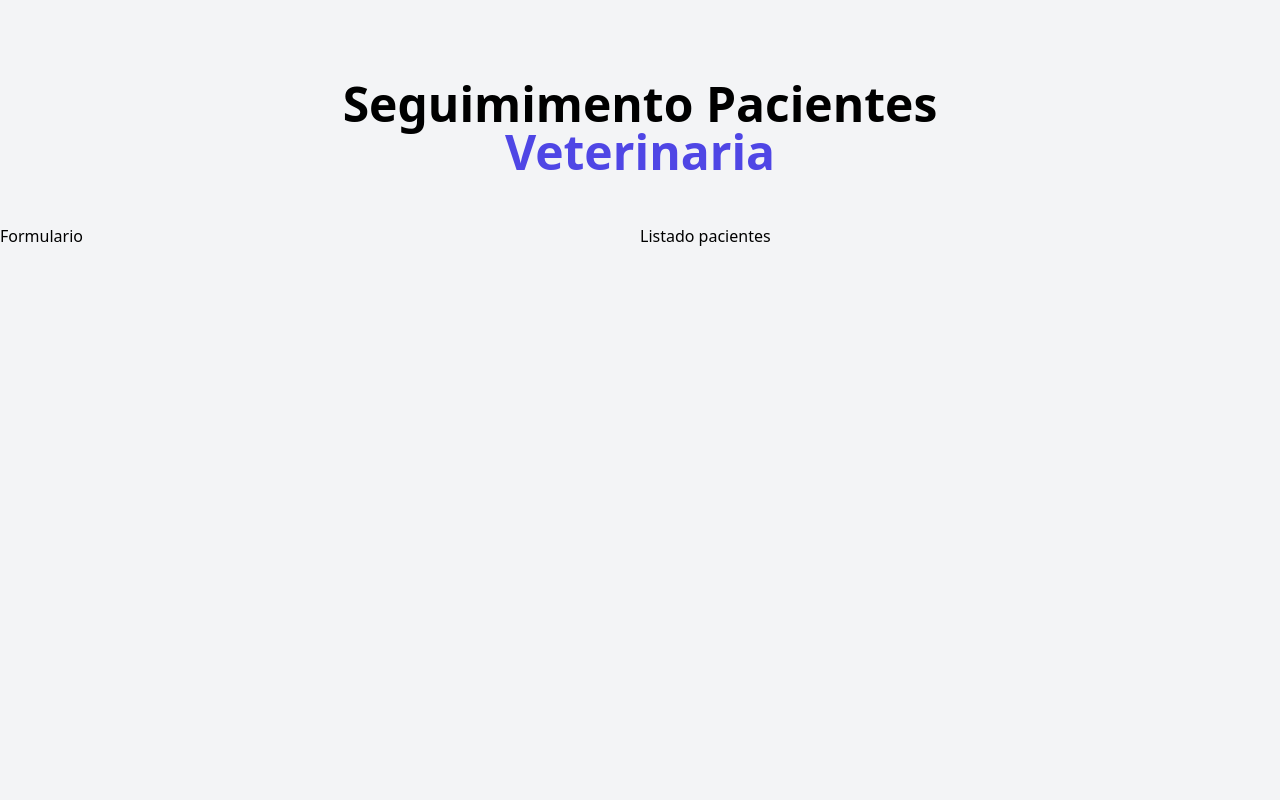
Repository: rlaureano/citas_react
Page: /
An editor plug-in stored every save of this project. The page is shown before and after the next save, followed by the edit.
The browser window is 1280 px wide. The pictures show the whole page.
The project was rebuilt for these pictures with package versions that can differ from the ones it lists, and the page was loaded fresh each time. Also part of the build but not shown: vite.config.js.

Above is the page before, as saved 2022-01-11 22:01:26.

### src/App.jsx
import Formulario from "./components/Formulario"
import Header from "./components/Header"
import ListadoPacientes from "./components/ListadoPacientes"

function App() {

  return (
    <div className="container mx-auto mt-20">
      <Header  />
      <div className="mt-12 md:flex">
        <Formulario  />
        <ListadoPacientes />
      </div>
    </div>
  )
}

export default App

### src/components/Formulario.jsx
import React from 'react'

const Formulario = () => {
  return (
    <div className="md:w-1/2 lg:w2/5">
      <h2>Formulario</h2>
    </div>
  )
}

export default Formulario

### src/components/Header.jsx
function Header() {
  return (

      <h1 className="font-black text-5xl text-center md:w-2/3 mx-auto">Seguimimento Pacientes {''}
        <span className="text-indigo-600">Veterinaria</span>
      </h1>

  )
}

export default Header

### src/components/ListadoPacientes.jsx
import React from 'react'

const ListadoPacientes = () => {
  return (
    <div className="w-1/2 ld:w-3/5">
      <h2>Listado pacientes</h2>
    </div>
  )
}

export default ListadoPacientes

### tailwind.config.js
module.exports = {
  purge: ["./index.html", "./src/**/*.{jsx}"],
  content: [],
  theme: {
    extend: {},
  },
  plugins: [],
}

Loaded but not shown: index.html (common file); src/main.jsx (common file); src/index.css (common file)

After the next save:
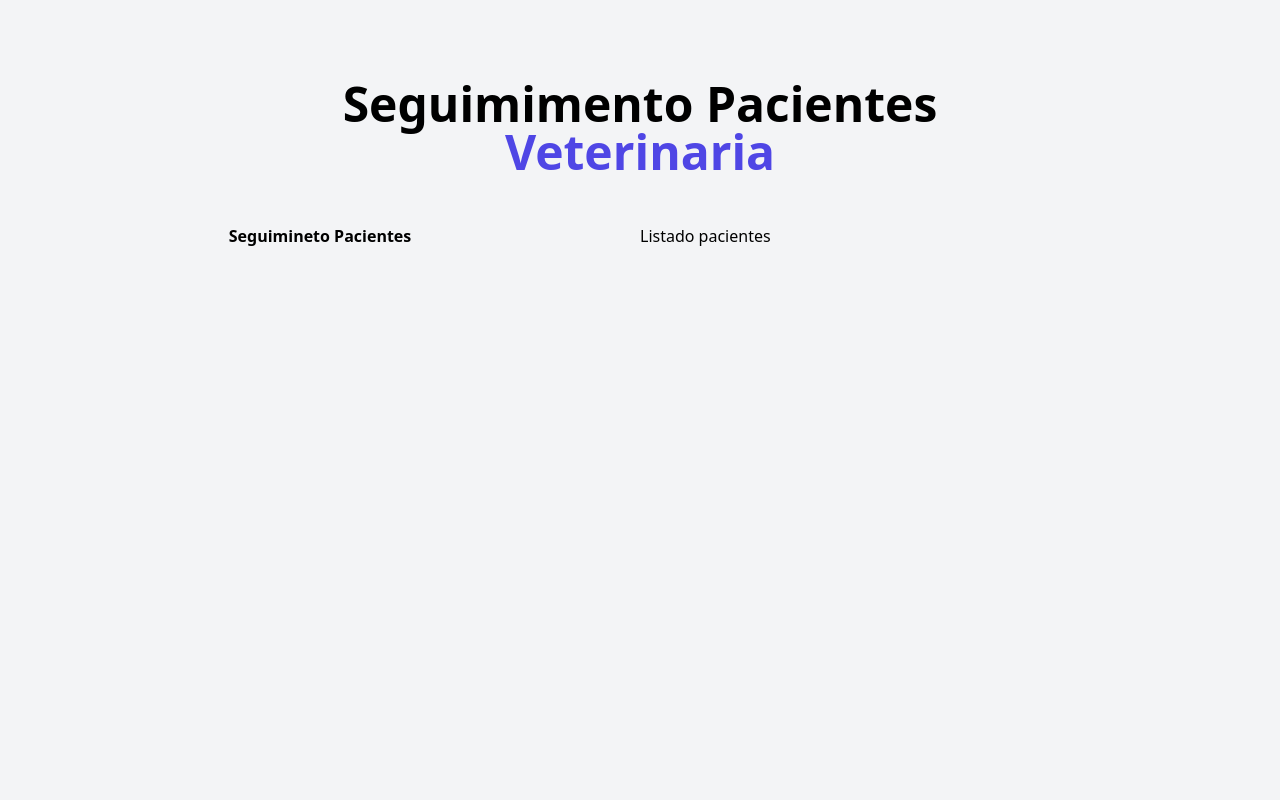
Saved 56 s later.
--- a/src/components/Formulario.jsx
+++ b/src/components/Formulario.jsx
@@ -3,7 +3,7 @@ import React from 'react'
 const Formulario = () => {
   return (
     <div className="md:w-1/2 lg:w2/5">
-      <h2>Formulario</h2>
+      <h2 className="font-black text-3x1 text-center">Seguimineto Pacientes</h2>
     </div>
   )
 }
